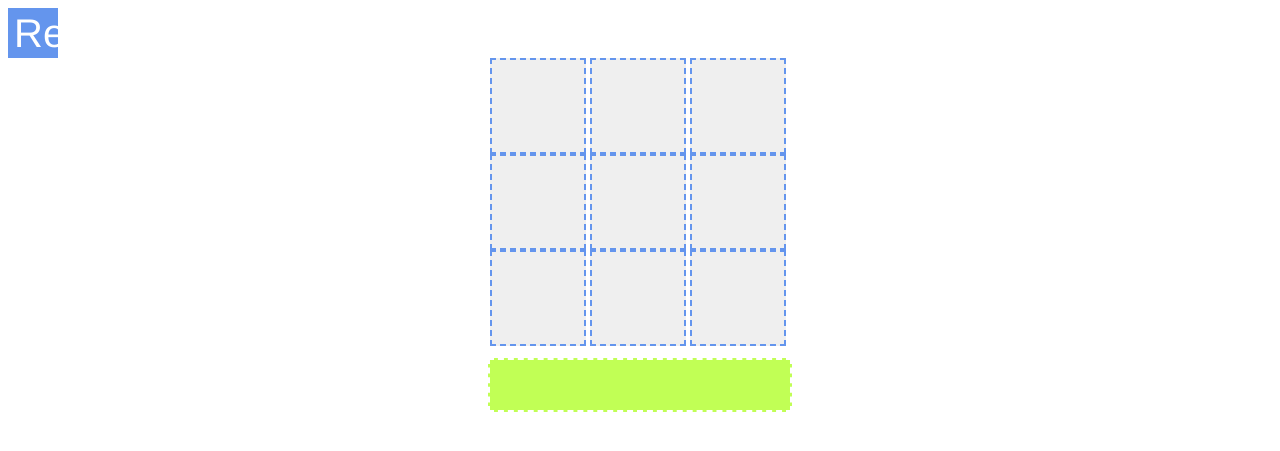
Repository: Milineam6162/workspace
Page: workspace 4/html/tic.html
The author's editor kept a record of every edit. The page is drawn from the files as they stood at one moment, then again after the next edit.
The browser window is 1280 px wide. The pictures show the whole page.

Above is the page before.

### workspace 4/html/tic.html
<!DOCTYPE html>
<html>
    <head>
        <title>Tick Tack Toe Game</title>
        <link rel="stylesheet" href="../css/stylesheet.css" type="text/css" />

    </head>
    <body>
        <div>
        <input type="button" id="restartGame" value="Restart Game" onClick="history.go(0)" >
        </div>
        <div id="box">
            <div>
            <input type="button" class="but" id="btn1" onclick="clickBtn('btn1')" value=" ">
            <input type="button" class="but" id="btn2" onclick="clickBtn('btn2')" value=" "/>
            <input type="button" class="but" id="btn3" onclick="clickBtn('btn3')" value=" "/>
            </div>
            <div>
            <input type="button" class="but" id="btn4" onclick="clickBtn('btn4')" value=" "/>
            <input type="button" class="but" id="btn5" onclick="clickBtn('btn5')" value=" "/>
            <input type="button" class="but" id="btn6" onclick="clickBtn('btn6')" value=" "/>
            </div>
            <div>
            <input type="button" class="but" id="btn7" onclick="clickBtn('btn7')" value=" "/>
            <input type="button" class="but" id="btn8" onclick="clickBtn('btn8')" value=" "/>
            <input type="button" class="but" id="btn9" onclick="clickBtn('btn9')" value=" "/>
            </div>
        </div>
        <div class="hide" id="wbox">
            <h1 id="words"></h1>
        </div>

        <script src="../java/one.js"></script>
    </body>
</html>

### workspace 4/css/stylesheet.css
#box {
    width:300px;
    height:300px;
    border:none;
    margin:auto;
}
.but {

    width:96px;
    height:96px;
    border:2px dashed #6495ed;
    font-size:60px;
    font-family:helvetica;
    margin:auto;
}
#restartGame {

    width:50px;
    height:50px;
    font-family:helvetica;
    border:none;
    font-size:40px;
    background-color:#6495ed;
    color:white;
    margin: 0 auto 0 auto;
}
#words {
    color:#6495ed;
    font-family:helvetica;
    font-size:35px;

    margin:auto;

}
#wbox {
    width:300px;
    height:50px;
    background-color:#c1ff55;
    border:2px dashed white;
    margin:auto;
}

### workspace 4/java/one.js
var player = 1;
var countTurn=0;
            function clickBtn(btn1){

                if (player === 1){
                    document.getElementById(btn1).value="X";
                    document.getElementById(btn1).disabled="disabled";
                    player -= 1;

                    countTurn = countTurn +1;
                    checkCatsGame();
                    winner();

                }
                else {
                    document.getElementById(btn1).value="O";
                    document.getElementById(btn1).disabled="disabled";
                    player+=1;

                    countTurn = countTurn +1;
                    checkCatsGame();
                    winner();

                };

            }
            function disableBox(){
                document.getElementById("btn1").disabled ="disabled";
                document.getElementById("btn2").disabled ="disabled";
                document.getElementById("btn3").disabled ="disabled";
                document.getElementById("btn4").disabled ="disabled";
                document.getElementById("btn5").disabled ="disabled";
                document.getElementById("btn6").disabled ="disabled";
                document.getElementById("btn7").disabled ="disabled";
                document.getElementById("btn8").disabled ="disabled";
                document.getElementById("btn9").disabled ="disabled";

            }

            var word = document.getElementById("words").innerHTML;

            function checkCatsGame() {
                if (countTurn === 9){
                    document.getElementById("words").innerHTML="Cats Game";
                }
            }
            function winner() {


                if (
                    document.getElementById("btn1").value === "X" &&
                     document.getElementById("btn2").value === "X" &&
                      document.getElementById("btn3").value === "X"
                    ){
                        document.getElementById("words").innerHTML="Winner is X"

                        disableBox();
                    }
                else if (
                    document.getElementById("btn4").value ==="X" &&
                    document.getElementById("btn5").value ==="X" &&
                    document.getElementById("btn6").value ==="X"
                    ){
                        disableBox();
                        document.getElementById("words").innerHTML="Winner is X"
                    }
                else if (
                    document.getElementById("btn7").value ==="X" &&
                    document.getElementById("btn8").value ==="X" &&
                    document.getElementById("btn9").value ==="X"
                    ){
                        disableBox();
                        document.getElementById("words").innerHTML="Winner is X"
                    }
                else if (
                    document.getElementById("btn1").value ==="O" &&
                    document.getElementById("btn2").value ==="O" &&
                    document.getElementById("btn3").value ==="O"
                    ){
                        disableBox();
                        document.getElementById("words").innerHTML="Winner is O"
                    }
                    else if (
                    document.getElementById("btn4").value ==="O" &&
                    document.getElementById("btn5").value ==="O" &&
                    document.getElementById("btn6").value ==="O"
                    ){
                        disableBox();
                        document.getElementById("words").innerHTML="Winner is O"


                    }
                    else if (
                    document.getElementById("btn7").value ==="O" &&
                    document.getElementById("btn8").value ==="O" &&
                    document.getElementById("btn9").value ==="O"
                    ){
                        disableBox();
                        document.getElementById("words").innerHTML="Winner is O"
                    }
                    else if (
                    document.getElementById("btn1").value ==="O" &&
                    document.getElementById("btn5").value ==="O" &&
                    document.getElementById("btn9").value ==="O"
                    ){
                        disableBox();
                        document.getElementById("words").innerHTML="Winner is O"
                    }
                    else if (
                    document.getElementById("btn3").value ==="O" &&
                    document.getElementById("btn5").value ==="O" &&
                    document.getElementById("btn7").value ==="O"
                    ){
                        disableBox();
                        document.getElementById("words").innerHTML="Winner is O"
                    }
                    else if (
                    document.getElementById("btn1").value ==="X" &&
                    document.getElementById("btn5").value ==="X" &&
                    document.getElementById("btn9").value ==="X"
                    ){
                        disableBox();
                        document.getElementById("words").innerHTML="Winner is X"
                    }
                    else if (
                    document.getElementById("btn3").value ==="X" &&
                    document.getElementById("btn5").value ==="X" &&
                    document.getElementById("btn7").value ==="X"
                    ){
                        disableBox();
                        document.getElementById("words").innerHTML="Winner is X"
                    }
                    else if (
                    document.getElementById("btn1").value ==="O" &&
                    document.getElementById("btn4").value ==="O" &&
                    document.getElementById("btn7").value ==="O"
                    ){
                        disableBox();
                        document.getElementById("words").innerHTML="Winner is O"
                    }
                    else if (
                    document.getElementById("btn2").value ==="O" &&
                    document.getElementById("btn5").value ==="O" &&
                    document.getElementById("btn8").value ==="O"
                    ){
                        disableBox();
                        document.getElementById("words").innerHTML="Winner is O"
                    }
                    else if (
                    document.getElementById("btn3").value ==="O" &&
                    document.getElementById("btn6").value ==="O" &&
                    document.getElementById("btn9").value ==="O"
                    ){
                        disableBox();
                        document.getElementById("words").innerHTML="Winner is O"
                    }
                    else if (
                    document.getElementById("btn1").value ==="X" &&
                    document.getElementById("btn4").value ==="X" &&
                    document.getElementById("btn7").value ==="X"
                    ){
                        disableBox();
                        document.getElementById("words").innerHTML="Winner is X"
                    }
                    else if (
                    document.getElementById("btn2").value ==="X" &&
                    document.getElementById("btn5").value ==="X" &&
                    document.getElementById("btn8").value ==="X"
                    ){
                        disableBox();
                        document.getElementById("words").innerHTML="Winner is X"
                    }
                    else if (
                    document.getElementById("btn3").value ==="X" &&
                    document.getElementById("btn6").value ==="X" &&
                    document.getElementById("btn9").value ==="X"
                    ){
                        disableBox();
                        document.getElementById("words").innerHTML="Winner is X"

                    }

            }

After the next edit:
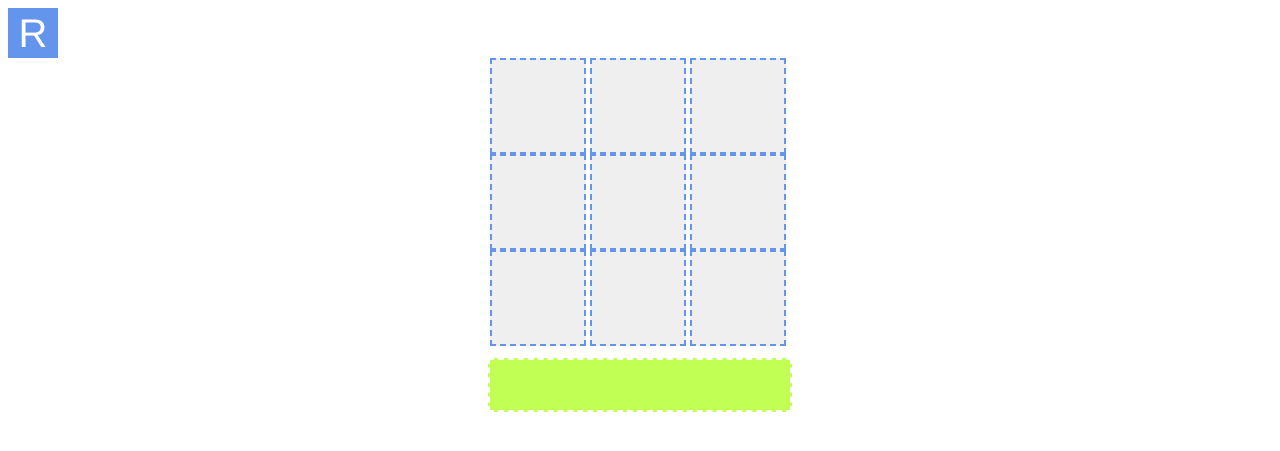
The edit:
--- a/workspace 4/html/tic.html
+++ b/workspace 4/html/tic.html
@@ -6,9 +6,7 @@
 
     </head>
     <body>
-        <div>
-        <input type="button" id="restartGame" value="Restart Game" onClick="history.go(0)" >
-        </div>
+        <input type="button" id="restartGame" value="R" onClick="history.go(0)" >
         <div id="box">
             <div>
             <input type="button" class="but" id="btn1" onclick="clickBtn('btn1')" value=" ">
